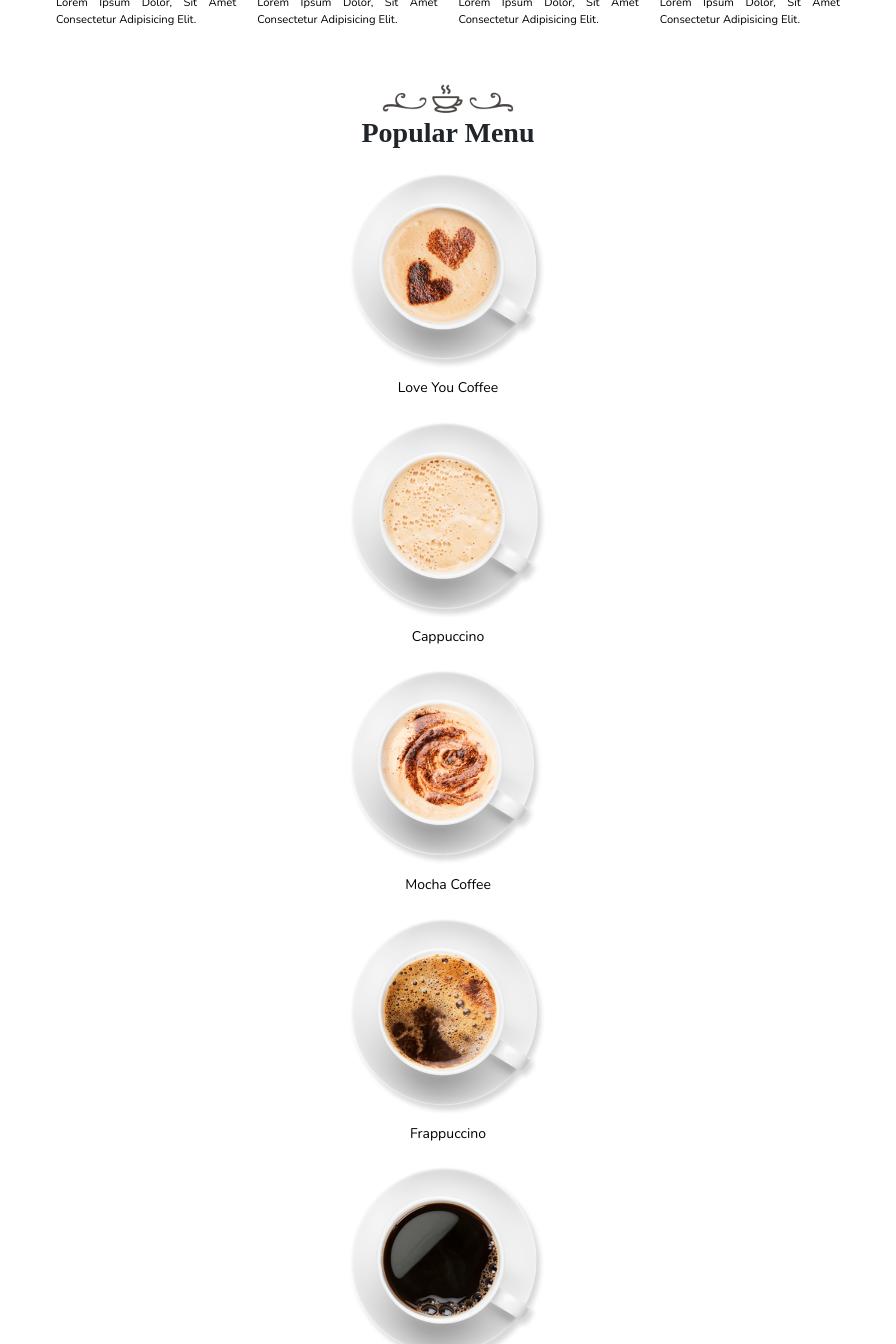
Repository: Ragavan728/coffee_full
Page: index.html
The author's editor kept a copy of each file at every save. The page is drawn from the files as they stood at one save, then again after a run of saves.
The browser window is 1280 px wide. The pictures show the part of the page from y = 1655 to 3575 px (the page is 6627 px tall before and 5207 px after), at 70% of full size.
Some web fonts or font styles are not loaded; a fallback is used.

Above is the page before, as saved 2025-02-10 16:11:54.

After the next 2 saves:
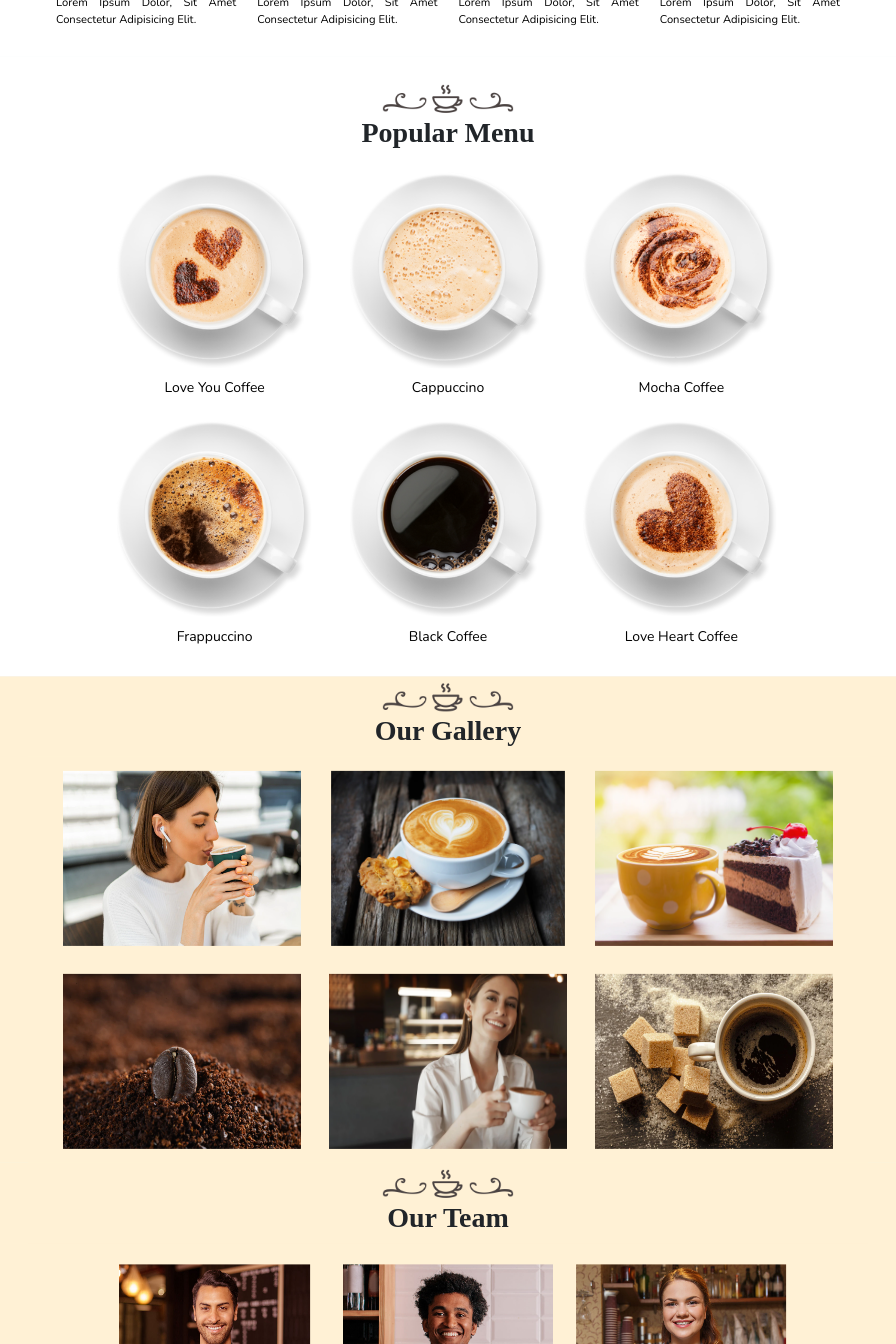
The 2 saves are shown as one change because they came seconds apart.
The last was saved 12 s later.
--- a/index.html
+++ b/index.html
@@ -144,7 +144,7 @@
                         </div>
                     </div>
                 </div>
-                <div class="popularMenuBody"> <!-- row 2 -->
+                <div class="popularMenuBody grid-3"> <!-- row 2 -->
                     <div class="popularMenuBlock"> <!-- column 1 -->
                         <div class="popularMenuCard"> <!-- subcolumn 1 -->
                             <figure class="popularCardHead">
